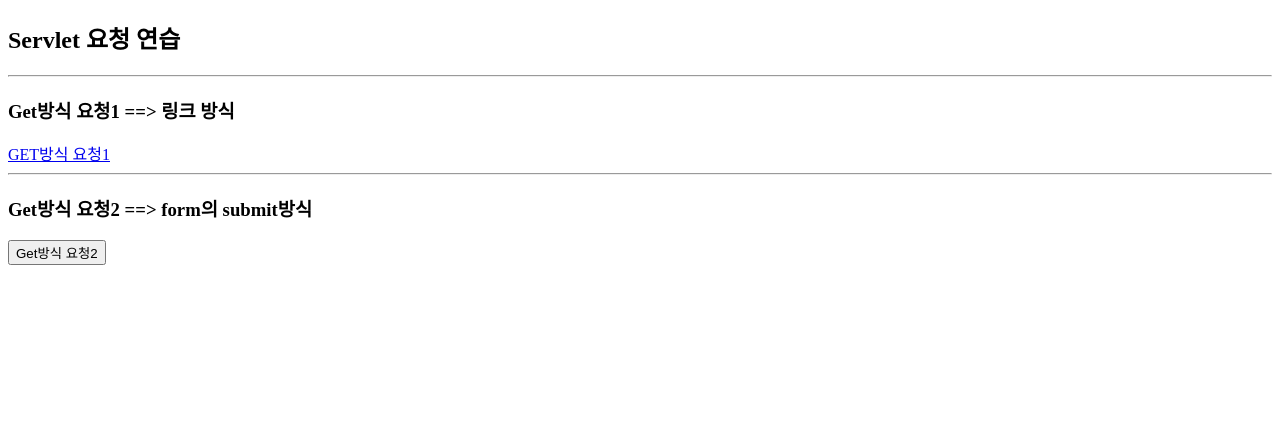
Repository: kdh4357065/3_highjava
Page: WorkSpace/webTest/src/main/webapp/basic/01/doBasicServlet.html
These files come from the project's save history. The page is drawn as it stood at one moment and after a run of saves; the edit follows.
The browser window is 1280 px wide. The pictures show the whole page.

Above is the page before, as saved 2023-03-27 03:38:24.

After the next 2 saves:
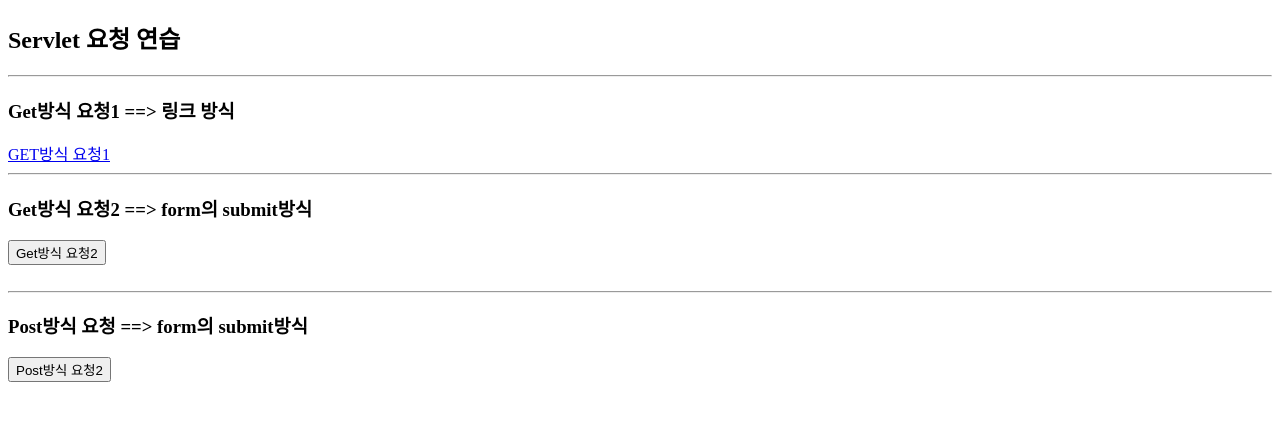
The 2 saves are shown as one change because they came seconds apart.
The last was saved 2 min 17 s later.
--- a/WorkSpace/webTest/src/main/webapp/basic/01/doBasicServlet.html
+++ b/WorkSpace/webTest/src/main/webapp/basic/01/doBasicServlet.html
@@ -19,6 +19,15 @@
 <form action="http://localhost/webTest/servletTest03.do">
 	<input type="submit" value="Get방식 요청2">
 </form>
+<br><hr>
+
+<h3>Post방식 요청 ==> form의 submit방식</h3>
+<!--
+	<form태그의 method속성값을 'POST'로 지정한 경우
+ -->
+<form action="http://localhost/webTest/servletTest03.do" method="post">
+	<input type="submit" value="Post방식 요청2">
+</form>
 
 </body>
 </html>
